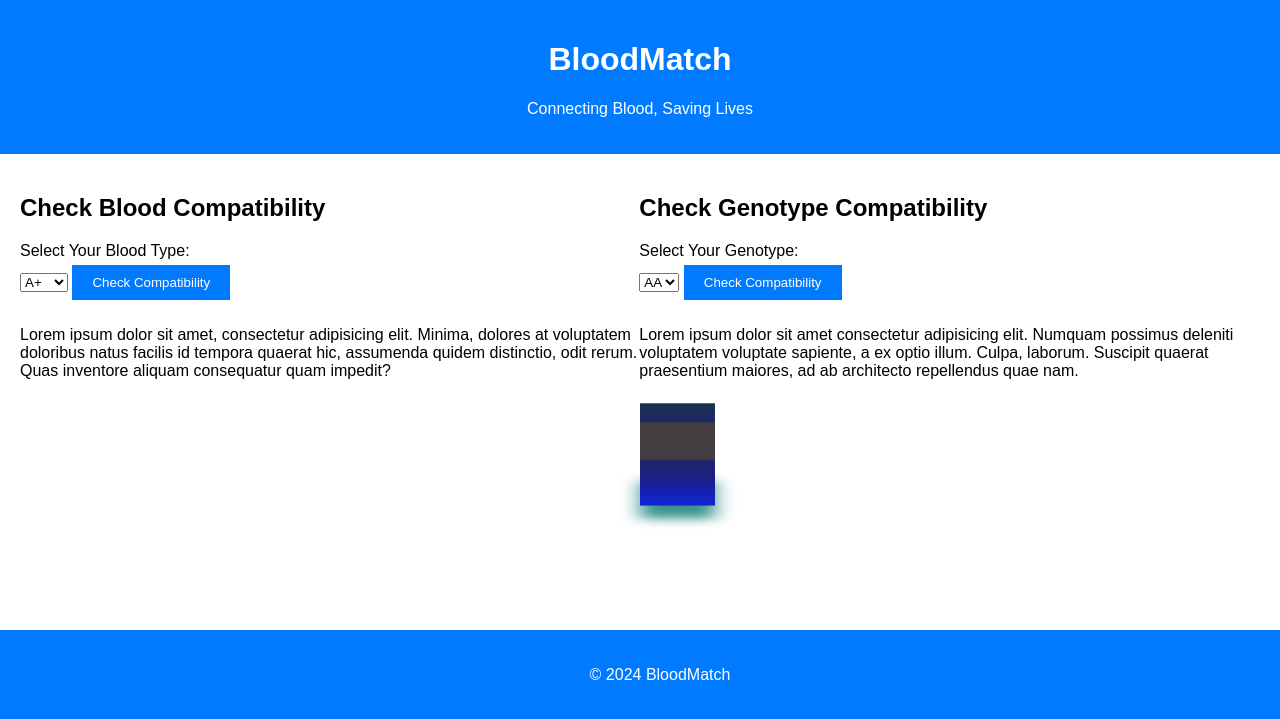
Repository: JuliusMonday/BloodMatch
Page: index.html
An editor plug-in stored every save of this project. The page is shown before and after the next save, followed by the edit.
The browser window is 1280 px wide. The pictures show the whole page.

Above is the page before, as saved 2024-05-02 16:34:35.

After the next save:
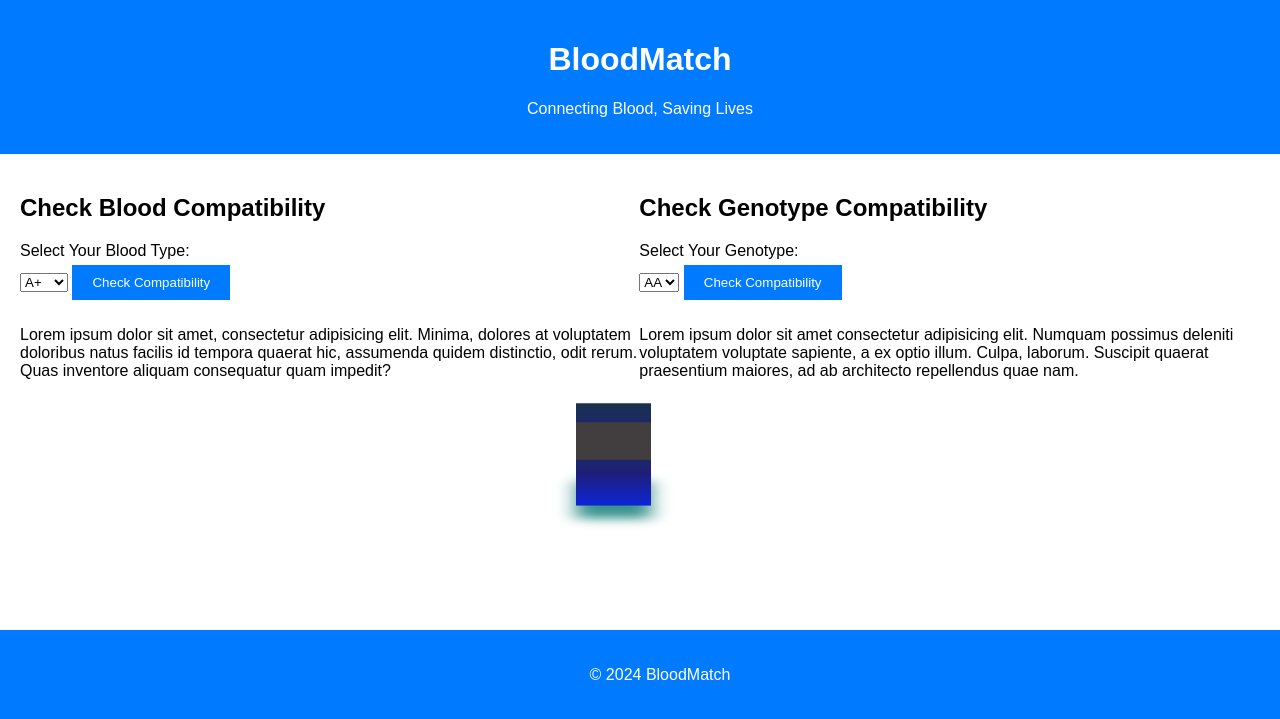
Saved 4 s later.
--- a/style.css
+++ b/style.css
@@ -121,7 +121,7 @@ body {
         text-align: center;
         display:grid;
         place-items: center;
-        margin: auto 50%;
+        margin: auto 45%;
       }
 
 @media (min-width: 768px){
